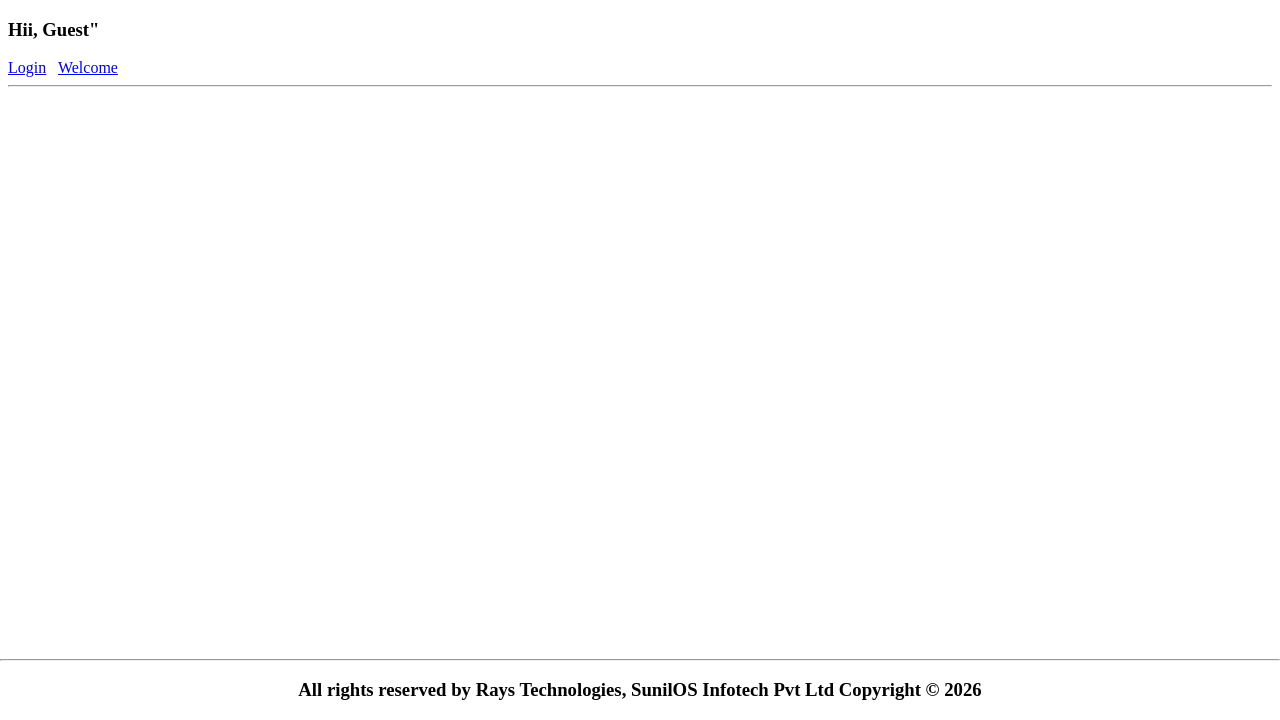
Repository: Sandeshyadav5/Advance-Java
Page: http://localhost/Web-Project-1/EditView.jsp
An editor plug-in stored every save of this project. The page is shown before and after the next save, followed by the edit.
The browser window is 1280 px wide. The pictures show the whole page.
The page is served by Tomcat 9. Nobody is signed in. The application's start-up code is not run. Other server files are loaded and not shown.

Above is the page before, as saved 2026-02-03 07:29:45.

### JspServelet_WorkSpace/Web-Project-1/WebContent/EditView.jsp
<%@ page language="java" contentType="text/html; charset=ISO-8859-1"
    pageEncoding="ISO-8859-1"%>
<!DOCTYPE html>
<html>
<head>
<meta charset="ISO-8859-1">
<title>Insert title here</title>
</head>
<body>
<%@ include file="header.jsp"%>
<div align="center">



</div>
<%@ include file="footer.jsp"%>

</body>
</html>

### JspServelet_WorkSpace/Web-Project-1/WebContent/header.jsp
<%@page import="com.rays.bean.UserBean"%>
<%@ page language="java" contentType="text/html; charset=ISO-8859-1"
	pageEncoding="ISO-8859-1"%>
<!DOCTYPE html>
<html>
<head>
<meta charset="ISO-8859-1">
<title>Insert title here</title>
</head>
<body>
	<%
	UserBean userBean = (UserBean) session.getAttribute("user");
	%>
	<%
	if (userBean != null) {
	%>
	<h3><%=" Hii, " + userBean.getFirstName()%></h3>
	<a href="LoginCtl?operation=logout">Logout</a>
	<a href="UserCtl">Add User</a>
	<a href="UserListCtl">User list</a>
	<%
	} else {
	%>
	<h3>Hii, Guest"</h3>
	<a href="LoginCtl">Login</a> &nbsp
	<a href="WelcomeCtl">Welcome</a> &nbsp
	<%
 }
 %>
	<hr>
</body>
</html>

### JspServelet_WorkSpace/Web-Project-1/WebContent/footer.jsp
<%@ page language="java" contentType="text/html; charset=ISO-8859-1"
    pageEncoding="ISO-8859-1"%>
<!DOCTYPE html>
<html>
<head>
<meta charset="ISO-8859-1">
<title>Insert title here</title>
<style type="text/css">
#footer {
	position: fixed;
	left: 0;
	width: 100%;
	bottom: 0;
	text-align: center;
}
</style>

</head>
<body>
	<div id="footer">
		<hr>
		<H3>All rights reserved by Rays Technologies, SunilOS Infotech
			Pvt Ltd Copyright © 2026</H3>
	</div>

</body>
</html>

After the next save:
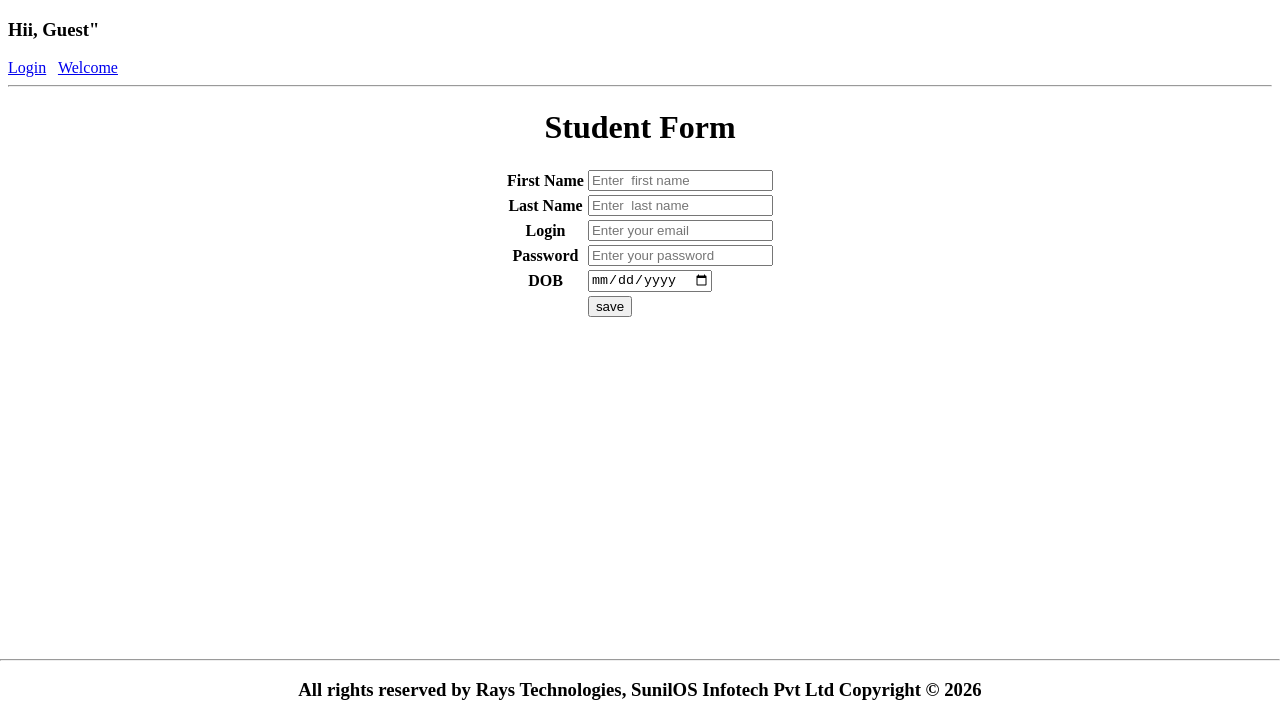
Saved 87 s later.
--- a/JspServelet_WorkSpace/Web-Project-1/WebContent/EditView.jsp
+++ b/JspServelet_WorkSpace/Web-Project-1/WebContent/EditView.jsp
@@ -6,14 +6,23 @@
 <meta charset="ISO-8859-1">
 <title>Insert title here</title>
 </head>
-<body>
+<body></form>
 <%@ include file="header.jsp"%>
 <div align="center">
+<h1>Student Form</h1>
+<table>
+<tr><th>First Name</th><td><input type="text" name="firstName" value="" placeholder="Enter  first name"></td></tr>
+<tr><th>Last Name</th><td><input type="text" name="lastName" value="" placeholder="Enter  last name"></td></tr>
+<tr><th>Login</th><td><input type="email" name="login" value="" placeholder="Enter your email"></td></tr>
+<tr><th>Password</th><td><input type="password" name="password" value="" placeholder="Enter your password"></td></tr>
+<tr><th>DOB</th><td><input type="date" name="dob" value="" ></td></tr>
+<tr><th></th><td><input type="Submit" name="operation" value="save"></td></tr>
+</table>
 
 
 
 </div>
 <%@ include file="footer.jsp"%>
-
+</form>
 </body>
 </html>
